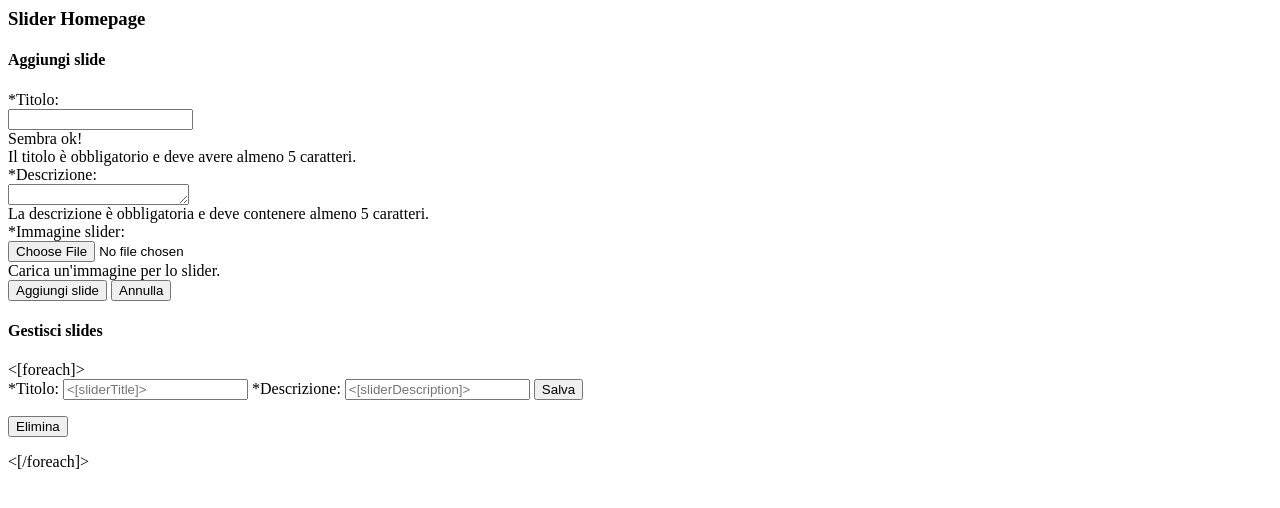
Repository: i4c0ni99/MotorShop
Page: skins/multikart_all_in_one/back-end/home-customizer.html
An editor plug-in stored every save of this project. The page is shown before and after a run of saves, followed by the edit.
The browser window is 1280 px wide. The pictures show the whole page.

Above is the page before, as saved 2024-10-31 19:20:44.

After the next 2 saves:
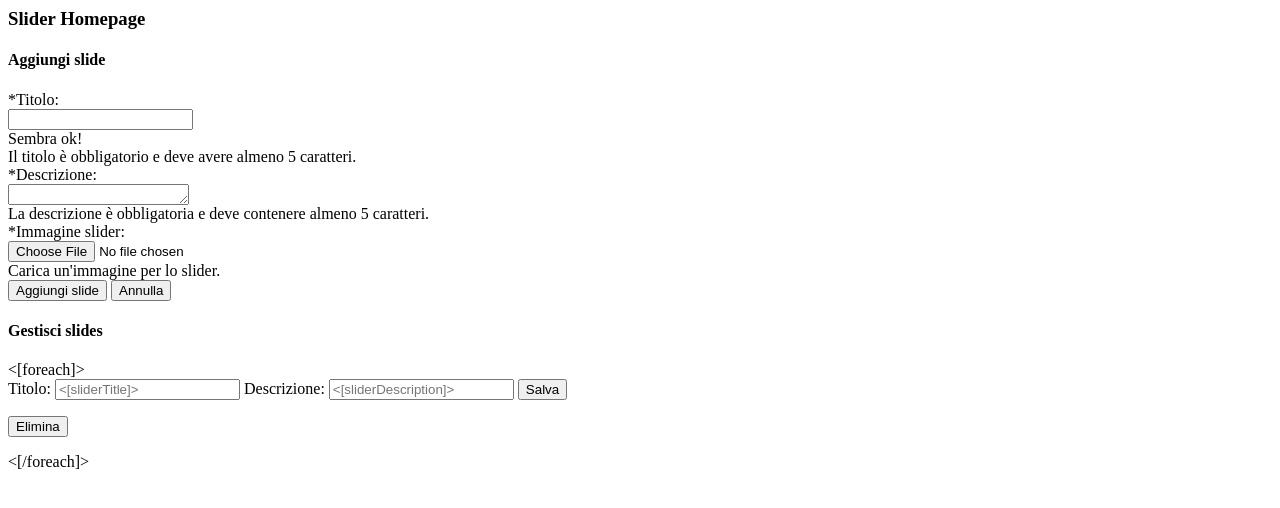
The 2 saves are shown as one change because they came seconds apart.
The last was saved 15 s later.
--- a/skins/multikart_all_in_one/back-end/home-customizer.html
+++ b/skins/multikart_all_in_one/back-end/home-customizer.html
@@ -80,9 +80,9 @@
                                 <!-- Form di modifica -->
                                 <[foreach]>
                                     <form method="post" action="/MotorShop/home-customizer.php">
-                                        <label for="SliderTitle" class="col-xl-3 col-sm-4 mb-0"><span>*</span>Titolo:</label>
+                                        <label for="SliderTitle" class="col-xl-3 col-sm-4 mb-0">Titolo:</label>
                                         <input type="text" name="title" placeholder="<[sliderTitle]>" pattern=".{5,}" minlength="2" required="true">
-                                        <label for="SliderDescription" class="col-xl-3 col-sm-4 mb-0"><span>*</span>Descrizione:</label>
+                                        <label for="SliderDescription" class="col-xl-3 col-sm-4 mb-0">Descrizione:</label>
                                         <input type="text" name="description" placeholder="<[sliderDescription]>" minlength="5" style="resize: vertical;" rows="2" required="true">
                                     <input type="hidden" name="sliderId" value="<[sliderId]>">
                                     <button type="submit" name="edit" class="btn btn-primary btn-block">Salva</button>
